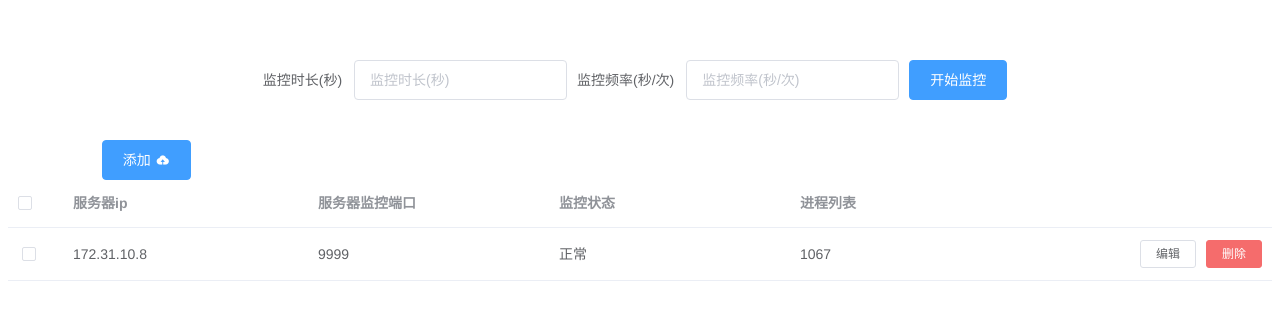
Repository: jiuceng1/monitor
Page: /#/show (app in nmonvue/)
An editor plug-in stored every save of this project. The page is shown before and after the next save, followed by the edit.
The browser window is 1280 px wide. The pictures show the whole page.
The project was rebuilt for these pictures with package versions that can differ from the ones it lists, and the page was loaded fresh each time. Also part of the build but not shown: nmonvue/src/components/HelloWorld.vue.

Above is the page before, as saved 2022-01-13 17:06:23.

### nmonvue/index.html
<!DOCTYPE html>
<html>
  <head>
    <meta charset="utf-8">
    <meta name="viewport" content="width=device-width,initial-scale=1.0">
    <title>nmonvue</title>
  </head>
  <body>
    <div id="app"></div>
    <!-- built files will be auto injected -->
  </body>
</html>

### nmonvue/src/router/index.js
import Vue from 'vue'
import Router from 'vue-router'
import HelloWorld from '@/components/HelloWorld'

Vue.use(Router)

export default new Router({
  routes: [
    {
      path: '/',
      name: 'HelloWorld',
      component: HelloWorld
    },{
      path: '/show',
      name: 'show',
      component:()=>import('@/view/show')
    }
  ]
})

### nmonvue/src/view/show.vue
<template>
    <div>
        <el-form :inline="true" :model="formInline" class="demo-form-inline">
        <el-form-item label="监控时长(秒)">
            <el-input v-model="formInline.duration" placeholder="监控时长(秒)"></el-input>
        </el-form-item>
        <el-form-item label="监控频率(秒/次)">
            <el-input v-model="formInline.frequency" placeholder="监控频率(秒/次)"></el-input>
        </el-form-item>
        <el-form-item>
            <el-button type="primary">开始监控</el-button>
        </el-form-item>
        </el-form>
        <br/>
    <div style="width:150px; height:22px;
              margin-right:0;margin-left:5%; margin-bottom: 0px; margin-top: 0px">
  <el-button type="primary" @click="showEnable=true">添加<i class="el-icon-upload el-icon--right"></i></el-button>
  </div>
  <br/>
    <el-table
    :data="tableData"
     @selection-change="handleSelectionChange">
    style="width: 100%">
    <el-table-column
      type="selection"
      width="55">
    </el-table-column>
    <el-table-column
      label="服务器ip"
      prop="ip">
    </el-table-column>
    <el-table-column
      label="服务器监控端口"
      prop="port">
    </el-table-column>
    <el-table-column
      label="监控状态"
      prop="state">
    </el-table-column>
    <el-table-column
      label="进程列表"
      prop="processList">
    </el-table-column>
    <el-table-column
      align="right">
      <template slot-scope="scope">
        <el-button
          size="mini"
          @click="handleEdit(scope.$index, scope.row)">编辑</el-button>
        <el-button
          size="mini"
          type="danger"
          @click="handleDelete(scope.$index, scope.row)">删除</el-button>
      </template>
    </el-table-column>
  </el-table>
  <br/>
  <el-dialog title="添加服务器" :visible.sync="showEnable">
  <el-form :model="form">
    <el-form-item label="服务器ip" :label-width="formLabelWidth">
      <el-input v-model="form.ip" autocomplete="off"></el-input>
    </el-form-item>
    <el-form-item label="服务器账号" :label-width="formLabelWidth">
      <el-input v-model="form.account" autocomplete="off"></el-input>
    </el-form-item>
    <el-form-item label="服务器密码" :label-width="formLabelWidth">
      <el-input v-model="form.password" autocomplete="off"></el-input>
    </el-form-item>
    <el-form-item label="监控端口" :label-width="formLabelWidth">
      <el-input v-model="form.port" autocomplete="off"></el-input>
    </el-form-item>
    <el-form-item label="监控进程列表" :label-width="formLabelWidth">
      <el-input v-model="form.processList" autocomplete="off"></el-input>
    </el-form-item>
  </el-form>
  <div slot="footer" class="dialog-footer">
    <el-button @click="showEnable = false">取 消</el-button>
    <el-button type="primary" @click="update()">确 定</el-button>
  </div>
</el-dialog>
</div>
</template>

<script>
import axios from 'axios'
  export default {
    data() {
      return {
          formInline: {
          duration: '',
          frequency: ''
        },
        showEnable: false,
        tableData: [{
          ip: '172.31.10.8',
          port: '9999',
          state: '正常',
          processList: '1067'
        }],
        search: '',
        form: {
          ip: '',
          account: '',
          password: '',
          port: '',
          processList: '',
        },
        formLabelWidth: '120px'
      }
    },
    methods: {
      handleEdit(index, row) {
        this.form=row
        this.showEnable=true
      },
      handleDelete(index) {
        this.tableData.splice(index,1)
      },
       handleSelectionChange(val) {
        this.multipleSelection = val;
      },
      update(){
        axios({
            url : 'http://127.0.0.1:8000/api/testapi/',
            method : 'post',
            data : this.form,
        }).then((response)=>{
            console.log(response.data)
            if(response.data=='True'){
                this.tableData.push({
                ip: this.form.ip,
                port: this.form.port,
                state: '正常',
                processList: this.form.processList
                })
            }
        })
        this.showEnable=false
      }
    },
  }
</script>

Loaded but not shown: nmonvue/src/main.js (common file); nmonvue/src/App.vue (common file)

After the next save:
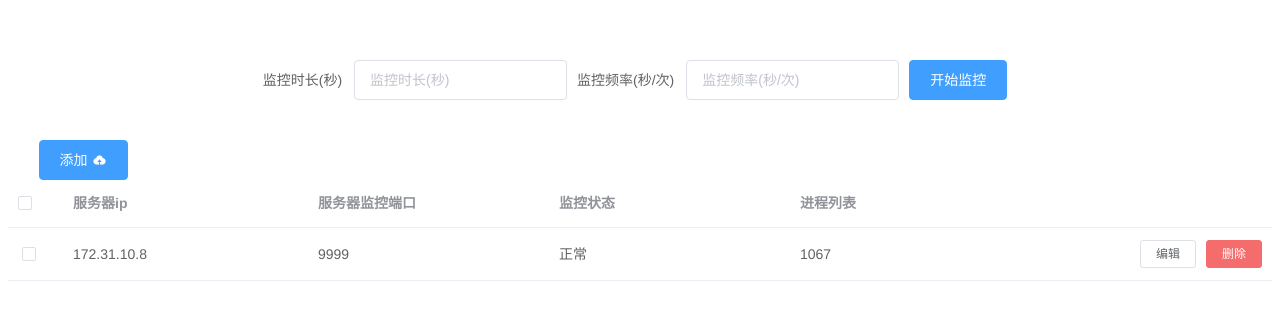
Saved 23 s later.
--- a/nmonvue/src/view/show.vue
+++ b/nmonvue/src/view/show.vue
@@ -13,7 +13,7 @@
         </el-form>
         <br/>
     <div style="width:150px; height:22px;
-              margin-right:0;margin-left:5%; margin-bottom: 0px; margin-top: 0px">
+              margin-left:0;margin-right:5%; margin-bottom: 0px; margin-top: 0px">
   <el-button type="primary" @click="showEnable=true">添加<i class="el-icon-upload el-icon--right"></i></el-button>
   </div>
   <br/>

After the save that followed:
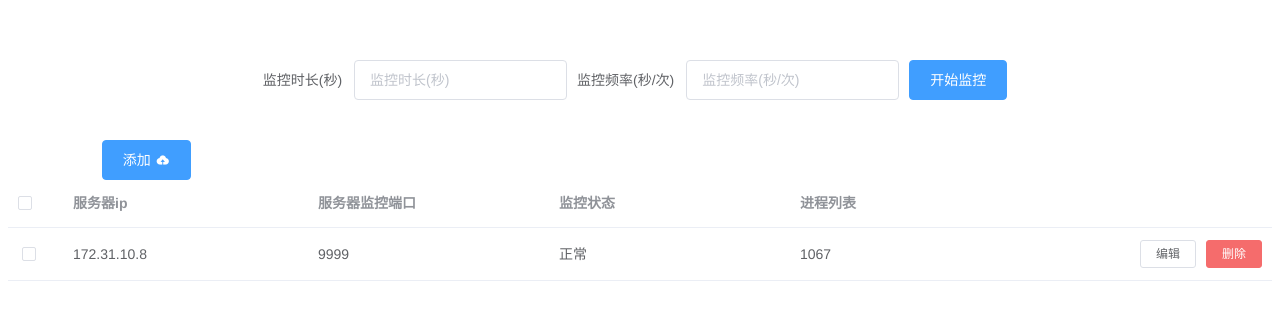
Saved 20 s later.
--- a/nmonvue/src/view/show.vue
+++ b/nmonvue/src/view/show.vue
@@ -13,7 +13,7 @@
         </el-form>
         <br/>
     <div style="width:150px; height:22px;
-              margin-left:0;margin-right:5%; margin-bottom: 0px; margin-top: 0px">
+              margin-left:5%;margin-right:0; margin-bottom: 0px; margin-top: 0px">
   <el-button type="primary" @click="showEnable=true">添加<i class="el-icon-upload el-icon--right"></i></el-button>
   </div>
   <br/>
